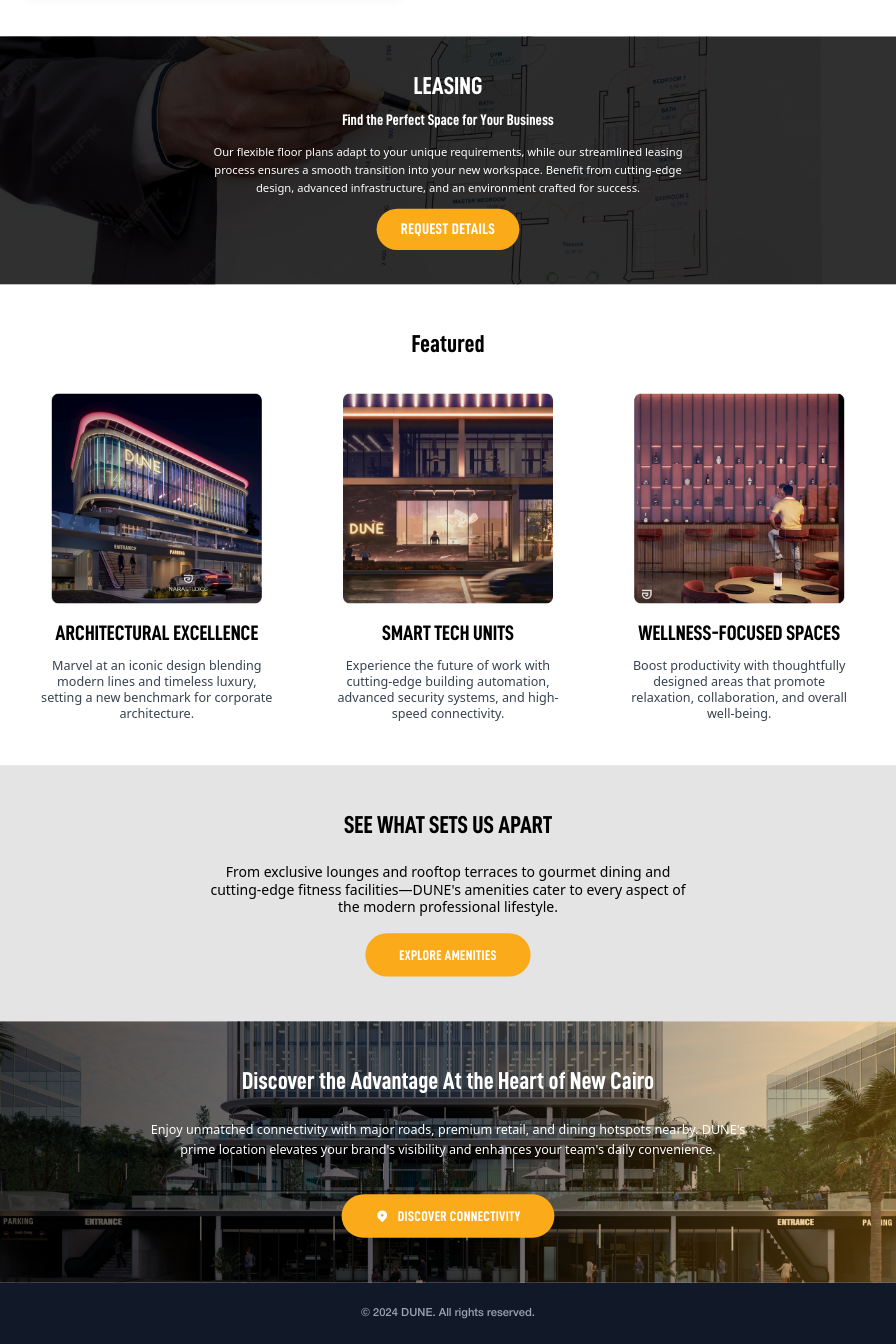
Repository: ahmedassr5765/dune
Page: index.html
The author's editor kept a copy of each file at every save. The page is drawn from the files as they stood at one save, then again after a run of saves.
The browser window is 1280 px wide. The pictures show the part of the page from y = 2053 to 3973 px (the page is 3973 px tall), at 70% of full size.
Some web libraries are served in a nearby version.

Above is the page before, as saved 2025-07-12 19:12:27.

After the next 3 saves:
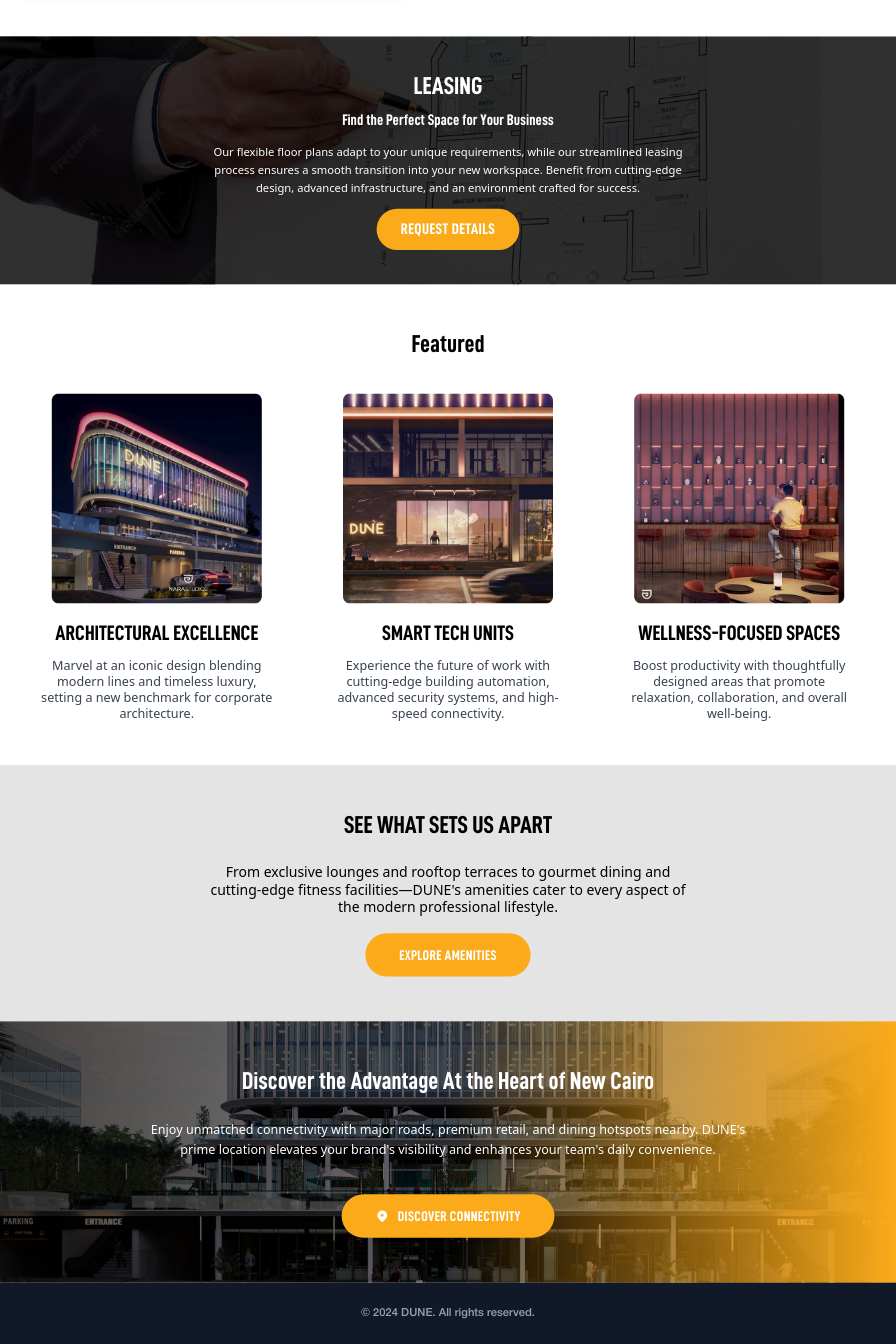
The 3 saves are shown as one change because they came seconds apart.
The last was saved 32 s later.
--- a/index.html
+++ b/index.html
@@ -400,7 +400,7 @@
     <section class="max-w-[1440px] mx-auto relative h-[373px] bg-cover bg-center bg-no-repeat" style="background-image: url('/images/discover.png');">
 
         <!-- Gradient Overlay -->
-        <div class="absolute inset-0" style="background: linear-gradient(to right, rgba(0,0,0,0.7) 0%, rgba(0,0,0,0.4) 50%, rgba(251,170,25,0.3) 100%);"></div>
+        <div class="absolute inset-0" style="background: linear-gradient(to right, rgba(0,0,0,0.7) 0%, rgba(0,0,0,0.4) 50%, #FBAA19 100%);"></div>
 
         <!-- Content -->
         <div class="relative z-10 h-full flex flex-col justify-center items-center text-center px-4 sm:px-6 lg:px-8">
